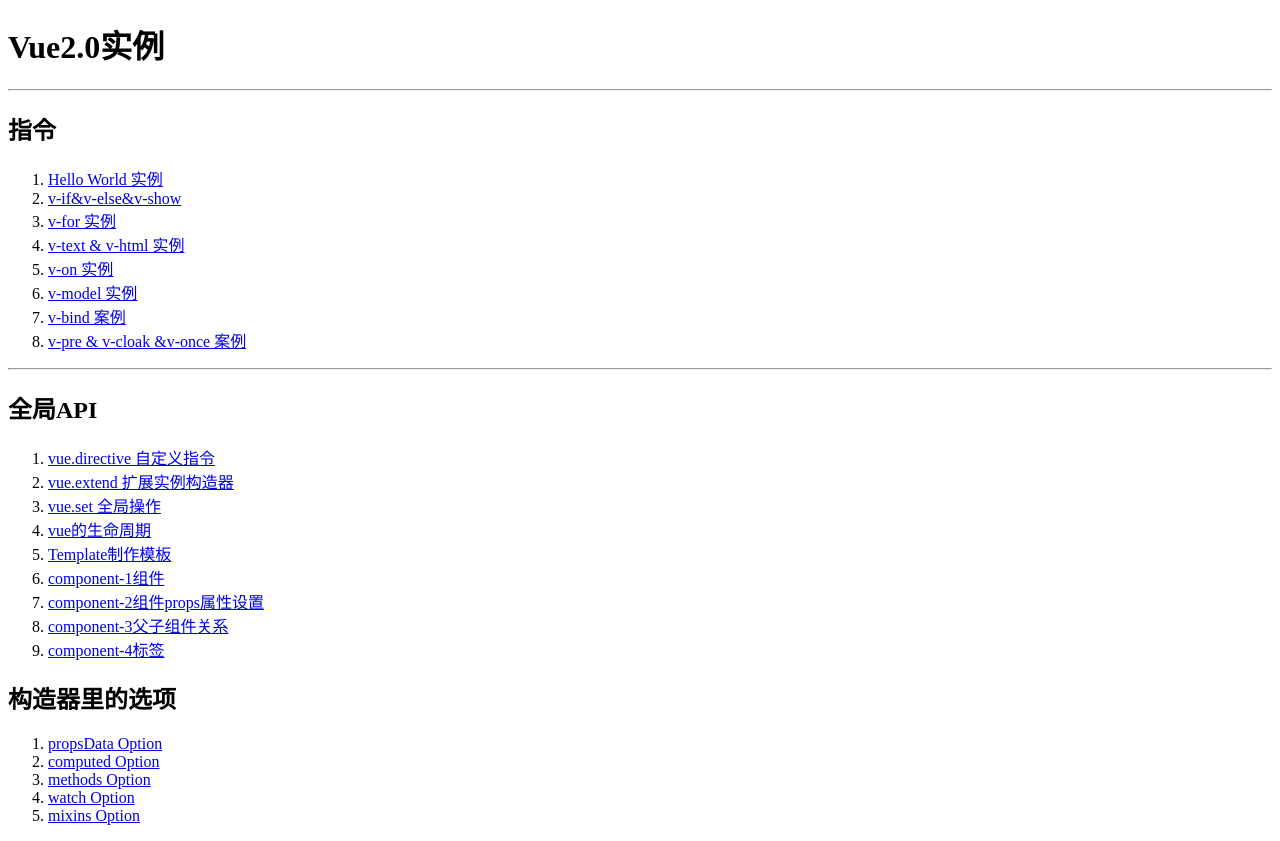
Repository: 13982720426/vue2.0-LearningNotes
Page: index.html
The author's editor kept a copy of each file at every save. The page is drawn from the files as they stood at one save, then again after the next save.
The browser window is 1280 px wide. The pictures show the whole page.

Above is the page before, as saved 2021-06-25 22:20:50.

### index.html
<!DOCTYPE html>
<html lang="en">
  <head>
    <meta charset="UTF-8" />
    <meta http-equiv="X-UA-Compatible" content="IE=edge" />
    <meta name="viewport" content="width=device-width, initial-scale=1.0" />
    <title>Vue.js实例</title>
  </head>
  <body>
    <h1>Vue2.0实例</h1>
    <hr />
    <h2>指令</h2>
    <ol>
      <li><a href="./example/helloworld.html">Hello World 实例</a></li>
      <li><a href="./example/v-if.html">v-if&v-else&v-show</a></li>
      <li><a href="./example/v-for.html">v-for 实例</a></li>
      <li><a href="./example/v-text.html">v-text & v-html 实例</a></li>
      <li><a href="./example/v-on.html">v-on 实例</a></li>
      <li><a href="./example/v-model.html">v-model 实例</a></li>
      <li><a href="./example/v-bind.html">v-bind 案例</a></li>
      <li><a href="./example/others.html">v-pre & v-cloak &v-once 案例</a></li>
    </ol>
    <hr />

    <h2>全局API</h2>
    <ol>
      <li><a href="./example/vue.directive.html">vue.directive 自定义指令</a></li>
      <li><a href="./example/vue.extend.html">vue.extend 扩展实例构造器</a></li>
      <li><a href="./example/vue.set.html">vue.set 全局操作</a></li>
      <li><a href="./example/vue.lifeCycle.html">vue的生命周期</a></li>
      <li><a href="./example/template.html">Template制作模板</a></li>
      <li><a href="./example/component-1.html">component-1组件</a></li>
      <li><a href="./example/component-2.html">component-2组件props属性设置</a></li>
      <li><a href="./example/component-3.html">component-3父子组件关系</a></li>
      <li><a href="./example/component-4.html">component-4标签</a></li>
    </ol>

    <h2>构造器里的选项</h2>
    <ol>
      <li><a href="./example/propsData.html">propsData Option</a></li>
      <li><a href="./example/computed.html">computed Option</a></li>
      <li><a href="./example/methods.html">methods Option</a></li>
      <li><a href="./example/watch.html">watch Option</a></li>
      <li><a href="./example/mixins.html">mixins Option</a></li>
    </ol>
  </body>
</html>

After the next save:
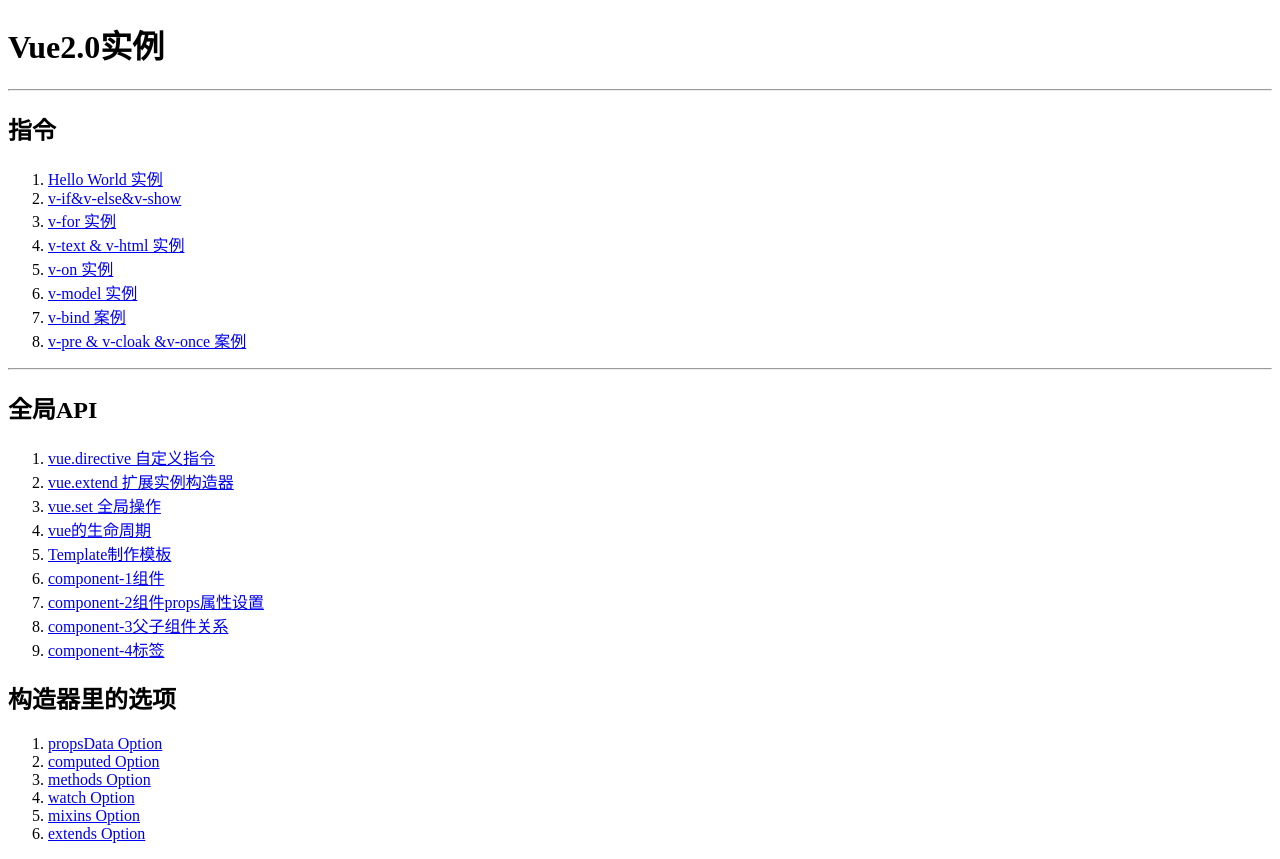
Saved 17 min 42 s later.
--- a/index.html
+++ b/index.html
@@ -42,6 +42,7 @@
       <li><a href="./example/methods.html">methods Option</a></li>
       <li><a href="./example/watch.html">watch Option</a></li>
       <li><a href="./example/mixins.html">mixins Option</a></li>
+      <li><a href="./example/extends.html">extends Option</a></li>
     </ol>
   </body>
 </html>
